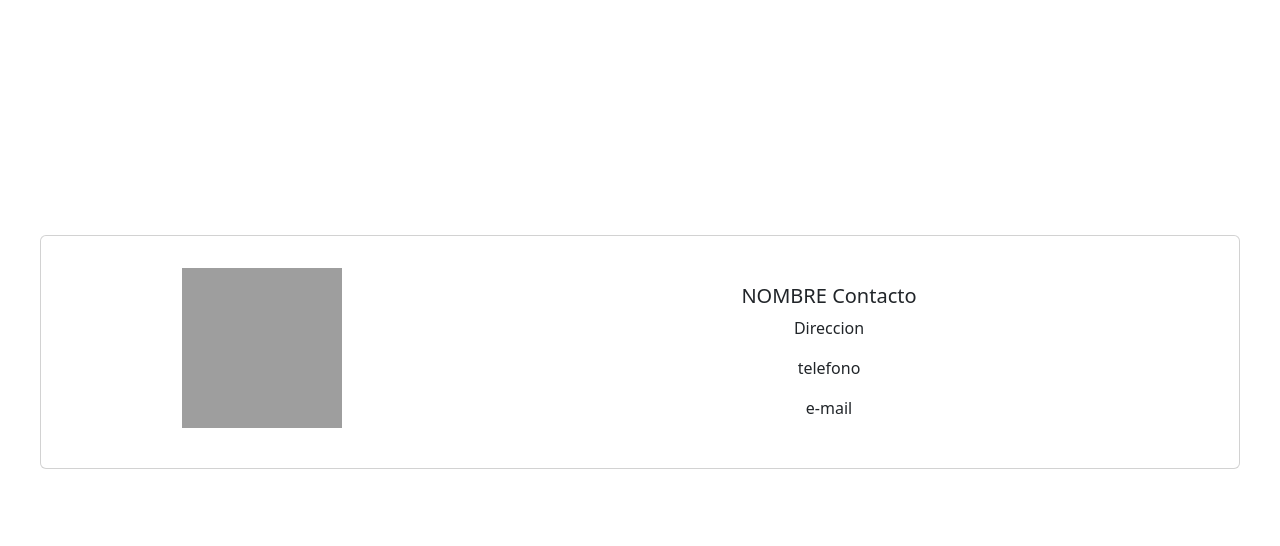
Repository: Cyttariasp/react-router-contact-list
Page: /edit (app in contact-list/)
These files come from the project's save history. The page is drawn as it stood at one moment and after the next save; the edit follows.
The browser window is 1280 px wide. The pictures show the whole page.
Pictures or frames that could not be fetched are drawn as grey boxes. The project was rebuilt for these pictures with package versions that can differ from the ones it lists, and the page was loaded fresh each time. Also part of the build but not shown: contact-list/vite.config.js, contact-list/src/views/Home.jsx, contact-list/src/views/Contact.jsx.

Above is the page before, as saved 2025-07-21 10:47:53.

### contact-list/src/App.jsx
// import { useState } from "react";
import "./App.css";
import { BrowserRouter, Routes, Route } from "react-router-dom";
import Home from "./views/Home";
import Edit from "./views/Edit";
import Contact from "./views/Contact";
import "bootstrap/dist/css/bootstrap.min.css";

function App() {
  return (
    <>
      <BrowserRouter>
        <Routes>
          <Route exact path="/" element={<Home />} />
          <Route path="/edit" element={<Edit />} />
          <Route path="/contact" element={<Contact />} />
        </Routes>
      </BrowserRouter>
    </>
  );
}

export default App;

### contact-list/src/views/Edit.jsx
function Edit() {
  return (
    <div className="card mb-3" style={{ width: "75rem" }}>
      <div className="row g-0">
        <div className="col-md-4">
          <img
            src="https://images.pexels.com/photos/32935737/pexels-photo-32935737.jpeg"
            classNameName="d-flex card-img-left rounded-circle"
            style={{ width: "10rem", height: "10rem" }}
          />
        </div>
        <div className="col-md-8">
          <div className="card-body">
            <h5 className="card-title">NOMBRE Contacto</h5>
            <p className="card-text">Direccion</p>
            <p className="card-text">telefono</p>
            <p className="card-text">e-mail</p>
          </div>
        </div>
      </div>
    </div>
  );
}

export default Edit;

Loaded but not shown: contact-list/index.html (common file); contact-list/src/main.jsx (common file); contact-list/src/index.css (common file); contact-list/src/App.css (common file)

After the next save:
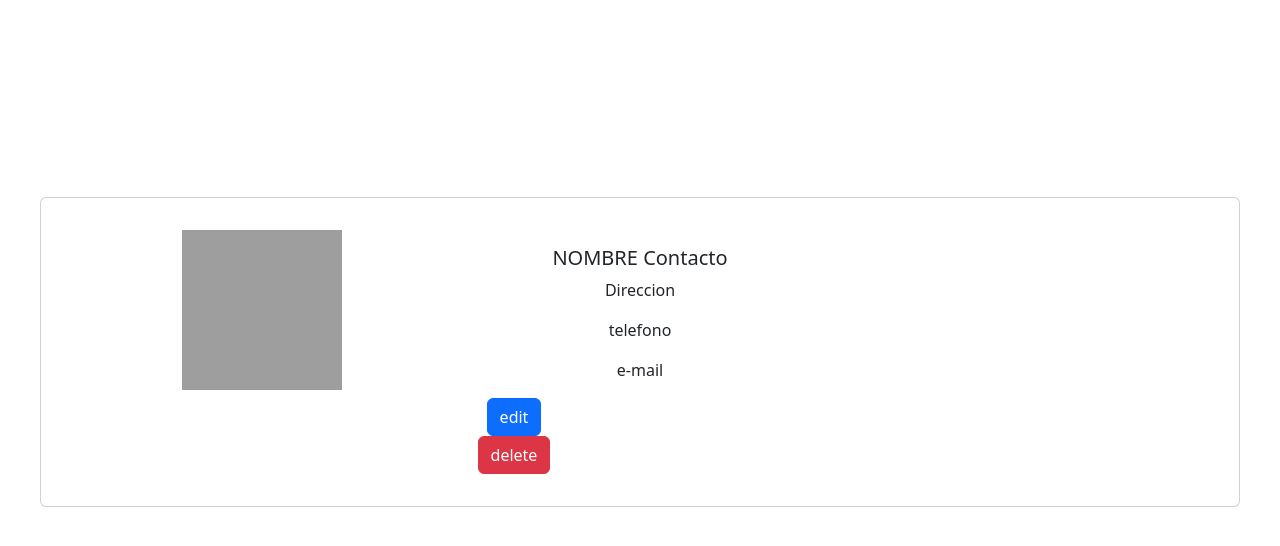
Saved 78 s later.
--- a/contact-list/src/views/Edit.jsx
+++ b/contact-list/src/views/Edit.jsx
@@ -9,12 +9,16 @@ function Edit() {
             style={{ width: "10rem", height: "10rem" }}
           />
         </div>
-        <div className="col-md-8">
+        <div className="col-md-4">
           <div className="card-body">
             <h5 className="card-title">NOMBRE Contacto</h5>
             <p className="card-text">Direccion</p>
             <p className="card-text">telefono</p>
             <p className="card-text">e-mail</p>
+          </div>
+          <div className="col-md-4">
+            <button className="btn btn-primary">edit</button>
+            <button className="btn btn-danger">delete</button>
           </div>
         </div>
       </div>
